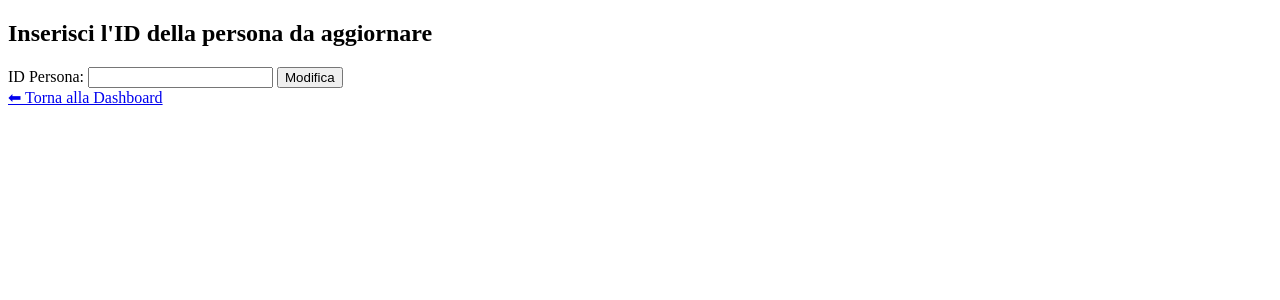
Repository: PcarloP/java_se
Page: http://localhost/anagraficaweb/update
These files come from the project's save history. The page is drawn as it stood at one moment and after the next save; the edit follows.
The browser window is 1280 px wide. The pictures show the whole page.
The page is served by Tomcat 10. Queries for data that is not in the repository find no rows.

Above is the page before, as saved 2025-06-22 19:27:48.

After the next save:
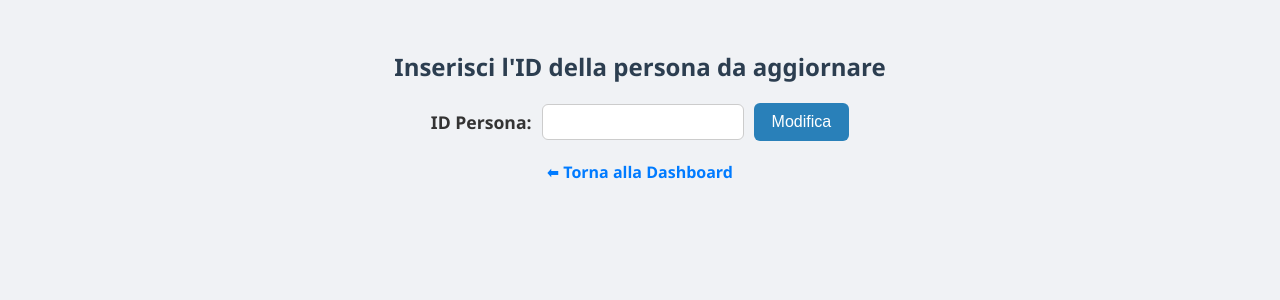
Saved 8 min 10 s later.
--- a/anagraficaweb/WebContent/updatesetter.jsp
+++ b/anagraficaweb/WebContent/updatesetter.jsp
@@ -4,6 +4,75 @@
 <head>
     <meta charset="UTF-8">
     <title>Seleziona Persona da Aggiornare</title>
+    <style>
+        body {
+            font-family: 'Segoe UI', Tahoma, Geneva, Verdana, sans-serif;
+            background-color: #f0f2f5;
+            color: #333;
+            margin: 0;
+            padding: 30px;
+            display: flex;
+            flex-direction: column;
+            align-items: center;
+        }
+
+        h2 {
+            color: #2c3e50;
+            margin-bottom: 20px;
+        }
+
+        form {
+            display: flex;
+            gap: 10px;
+            align-items: center;
+            margin-bottom: 20px;
+        }
+
+        label {
+            font-weight: bold;
+            font-size: 1.1em;
+        }
+
+        input[type="text"] {
+            padding: 8px 10px;
+            border: 1px solid #ccc;
+            border-radius: 6px;
+            font-size: 1em;
+            width: 180px;
+            transition: border-color 0.3s ease;
+        }
+
+        input[type="text"]:focus {
+            border-color: #2980b9;
+            outline: none;
+        }
+
+        button {
+            padding: 10px 18px;
+            background-color: #2980b9;
+            color: white;
+            border: none;
+            border-radius: 6px;
+            font-size: 1em;
+            cursor: pointer;
+            transition: background-color 0.3s ease;
+        }
+
+        button:hover {
+            background-color: #1c5980;
+        }
+
+        .back-button-container a {
+            color: #007BFF;
+            text-decoration: none;
+            font-weight: bold;
+            font-size: 1em;
+        }
+
+        .back-button-container a:hover {
+            text-decoration: underline;
+        }
+    </style>
 </head>
 <body>
     <h2>Inserisci l'ID della persona da aggiornare</h2>
